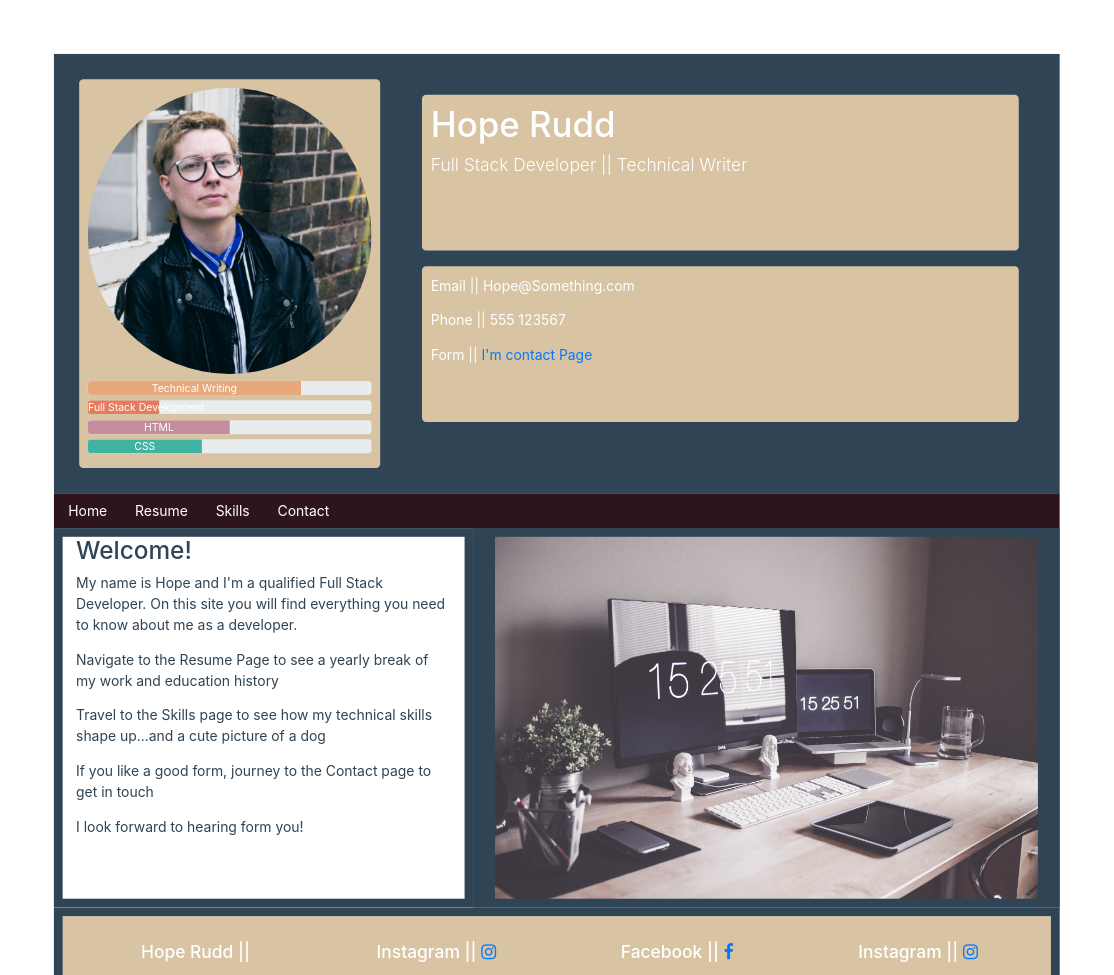
Repository: BleakTerrain/MilestoneProject-
Page: index.html
The author's editor kept a record of every edit. The page is drawn from the files as they stood at one moment, then again after the next edit.
The browser window is 1280 px wide. The pictures show the whole page, at 87% of full size.
Some web libraries are served in a nearby version.

Above is the page before.

### index.html
<html>

<head>
  <!-- Copied from UCB Resume code institue project -->

  <meta charset="UTF-8">
  <meta name="viewport" content="width=device-width, initial-scale=1.0">
  <meta http-equiv="X-UA-Compatible" content="ie=edge">
  <link rel="stylesheet" href="https://maxcdn.bootstrapcdn.com/bootstrap/4.2.1/css/bootstrap.min.css" type="text/css" />
  <link rel="stylesheet" href="https://maxcdn.bootstrapcdn.com/font-awesome/4.7.0/css/font-awesome.min.css" type="text/css" />
  <link rel="stylesheet" href="https://cdnjs.cloudflare.com/ajax/libs/hover.css/2.3.1/css/hover-min.css" type="text/css" />
  <link rel="stylesheet" href="assets/CSS/stylesheet.css" type="text/css" />
  <!-- Copied initial links end -->

  <title> Personal Portfolio</title>
</head>
<header>



</header>

<body>
<div class="intro-container">

 <!-------------------------Intro cards Started----------------------->
      <div class="row">
        <div class= "col-sm-4">
            <section class="jumbotron introtron">
          <img class="intro-image " src="BackgroundCodeInstitute.jpg" alt="Image not found">
           <div class="progress">
                <div class="progress-bar tech-writing " role="progressbar" aria-valuenow="40"
  aria-valuemin="0" aria-valuemax="100" style="width:75%">
  Technical Writing
  </div>
           </div>
            <div class="progress">
                <div class="progress-bar full-stack " role="progressbar" aria-valuenow="40"
  aria-valuemin="0" aria-valuemax="100" style="width:25%">
  Full Stack Development
  </div>
           </div>
             <div class="progress">
                <div class="progress-bar html" role="progressbar" aria-valuenow="40"
  aria-valuemin="0" aria-valuemax="100" style="width:50%">
  HTML
  </div>
           </div>
                <div class="progress">
                <div class="progress-bar css" role="progressbar" aria-valuenow="40"
  aria-valuemin="0" aria-valuemax="100" style="width: 40%">
  CSS
  </div>
           </div>
               </div>

               <div class="col-sm-8">
                 <div class="jumbotron name-card">
                <h1>Hope Rudd</h1>
                 <p class="lead ">Full Stack Developer || Technical Writer </p>
                 </div>

                  <section class= "jumbotron contact-card">
           <div class="row">
             <div class="col-sm-12">
            <p class="contact-info"> Email || Hope@Something.com</p>
            <p class="contact-info"> Phone || 555 123567</p>
            <p class="contact-info"> Form || <a href ="#">I'm contact Page</a></p>
              </div>

</section>
        </section>
        </div>

      </div>
    </div>

</div>
<!-------------------------------Intro cards finished-------------------------------->
<!-------------------------------Nav bar started-------------------------------->
<!-- inspired by example at https://www.w3schools.com/bootstrap4/bootstrap_navs.asp -->
<ul class = " nav navbar-default">
            <li class="nav-item">
              <a class="nav-link" href="#">Home</a>
            </li>
            <li class="nav-item">
              <a class="nav-link" href="#">Resume</a>
            </li>
            <li class="nav-item">
              <a class="nav-link" href="#">Skills</a>
            </li>
            <li class="nav-item">
              <a class="nav-link" href="#">Contact</a>
            </li>
          </ul>
<!-------------------------------Nav bar finished-------------------------------->
<!-------------------------------Bulk text started------------------------------->
    <section class="main-text container-fluid">
<div class="row">
  <div class="col-sm-5 main-text-box">
      <h3>Welcome!</h3> <i class="fas fa-door-open"></i>
      <p> My name is Hope and I'm a qualified Full Stack Developer. On this site you will find everything you need to know about me as a developer.</p>
      <p>Navigate to the Resume Page to see a yearly break of my work and education history</p>
      <p>Travel to the Skills page to see how my technical skills shape up...and a cute picture of a dog </p>
      <p>If you like a good form, journey to the Contact page to get in touch</p>
      <p> I look forward to hearing form you!</p>
  </div>
  <div class="col-sm-7 other-image-background">
<img class="other-image" src="DeskImage.jpg" alt="Image not found">
  </div>
</div>
    </section>
    </body>
<!-------------------------------Bulk text finished------------------------------->



<footer class="footer container-fluid">
<div class="row">
<div class="col-sm-3 footer-item">
  <h5> Hope Rudd || </h5>
  </div>
  <div class="col-sm-3 footer-item">
      <h5>Instagram || <a href = "#"> <i class="fa fa-instagram aria-hidden=true"></i></a></h5>
  <span class = "sr-only">Instagram link</span>
  </div>
  <div class="col-sm-3 footer-item">
      <h5>Facebook || <a href = "#"> <i class="fa fa-facebook aria-hidden=true"></i></a></h5>
  <span class = "sr-only">Facebook</span>
  </div>
    <div class="col-sm-3 footer-item">
      <h5>Instagram || <a href = "#"> <i class="fa fa-instagram aria-hidden=true"></i></a></h5>
  <span class = "sr-only">Instagram link</span>
  </div>
</footer>

</html>

### assets/CSS/stylesheet.css

/* Main background taken from bootstraps basics project*/
/* General theme inspiration from : https://visme.co/blog/website-color-schemes/ */

body, html {
  height: 100%;
  margin: 2.5%;
}
/* -----------------------------------Intro bar---------------*/

.intro-container
{
padding:2.5%;
background-color: #2f4454;
}
.jumbotron
{
  margin:2.5%;
 padding: 10px;
 text-align: center;
  background-color: #D8C3A3;
  color:#fff;

}
.jumbotron-header
{
  font-size:500%;

}

.introtron
{
  margin:0;
min-height: 40%;
}

.intro-image {
  padding-bottom: 2.5%;
    width: 100%;
    background-position: center;
    background-repeat: no-repeat;
    transition: all .5s ease-in-out;
    -moz-transition: all .5s ease-in-out;
    -webkit-transition: all .5s ease-in-out;
  border-radius: 50%;
  display:inline-block;
}

.contact-card
{

  text-align: left;
  height:40%;
}
.name-card
{
  text-align:left;
  font-size: x-large;
  height:40%;
}
/*-----------------------------SkillsBar-------------------*/
.skill-bars
{
 width: 100%;
 border: solid 10px #41B3A3 ;
 padding: 2.5%;
}
.progress
{
  margin-bottom:2%;

}
.full-stack
{
  background-color: #E27D60;
}
.tech-writing
{
  background-color: #e8a87c;
}
.html
{
  background-color: #C38D9E;
}
.css
{
  background-color: #41B3A3;
}
/*----------------------------------Nav-----------------------*/
.nav
{

  text-align: center;
  background-color: #2E151B;

}
.nav-link
{
  color:#fff;
}
.nav-link:hover
{
  background-color:#eed2dc ;
  color:#2E151B;
}
.nav-item-resume
{
  background-color: #D8C3A3;
}
.nav-item-skills
{
  background-color: #D8C3A3;
}
.nav-item-contact
{
  background-color: #D8C3A3;
}
/*-----------------------------Main-Text-------------------*/
.main-text
{
  background-color: #2f4454;
}

.main-text-box
{
  border: solid 10px #2f4454;
  background-color: #fff;
  color: #2f4454;
}
.other-image-background
{
border: solid 10px #2f4454;
 margin:0;
}
.other-image {

width: 100%;
  display:block;

}

.resume-main-text
{
  background-color:#D8C3A3 ;
  border: solid 10px #2f4454;
  padding:2.5% ;
}

.resume-image
{
  margin-top: 2.5%;
    padding-bottom: 2.5%;
    width: 100%;
    background-repeat: no-repeat;

  display:inline-block;
}


/*-----------------------------Timeline-------------------*/
/*-- Influenced by http://www.prepbootstrap.com/bootstrap-template/timeline ---*/
.timeline {
  list-style: none;
  padding: 10px 0 10px;
  position: relative;
}
.timeline:before {
  top: 0;
  bottom: 0;
  position: absolute;
  content: " ";
  width: 3px;
  background-color:#fff ;
  left: 10px;
  margin-left:-2px;
}
.timeline-item {
  margin-bottom: 10px;
  position: relative;
}

.timeline-item:before
.timeline-item:after {
  content: " ";
  display: table;
}

 .timeline-panel {
   background-color:  #41B3A3;
   color:#fff;
  width: 90%;
  float: center;
  border: 1px solid #d4d4d4;
  border-radius: 10px;
  padding: 10px;
  position: relative;
  margin-left: 35px;
}
.timeline-panel:before {
  position: absolute;
  display: inline-block;
}
.timeline-panel:after {
  position: relative;
  display: inline-block;
}
 .timeline-badge {
  color: #fff;
  font-size: 30px;
  line-height: 25px;
  text-align: center;
  position: absolute;
  top: 16px;
  left: -7px;

}

/*------------------------------Footer---------------------*/
.footer
{ background-color: #D8C3A3;
color:#fff;
padding: 2.5%;
border: solid 10px #2f4454 ;
}
.footer-item
{
  text-align: center;
}
/*------------------------------MediaQueries-----------------*/

@media (max-width: 573)
{
  .name-card
{
height: 100%;
background-color: #E85a4f;
}


.contact-card
{
height: 100%;
background-color: #E98074;
}
}
.other-image
{
  height:100%;

}

After the next edit:
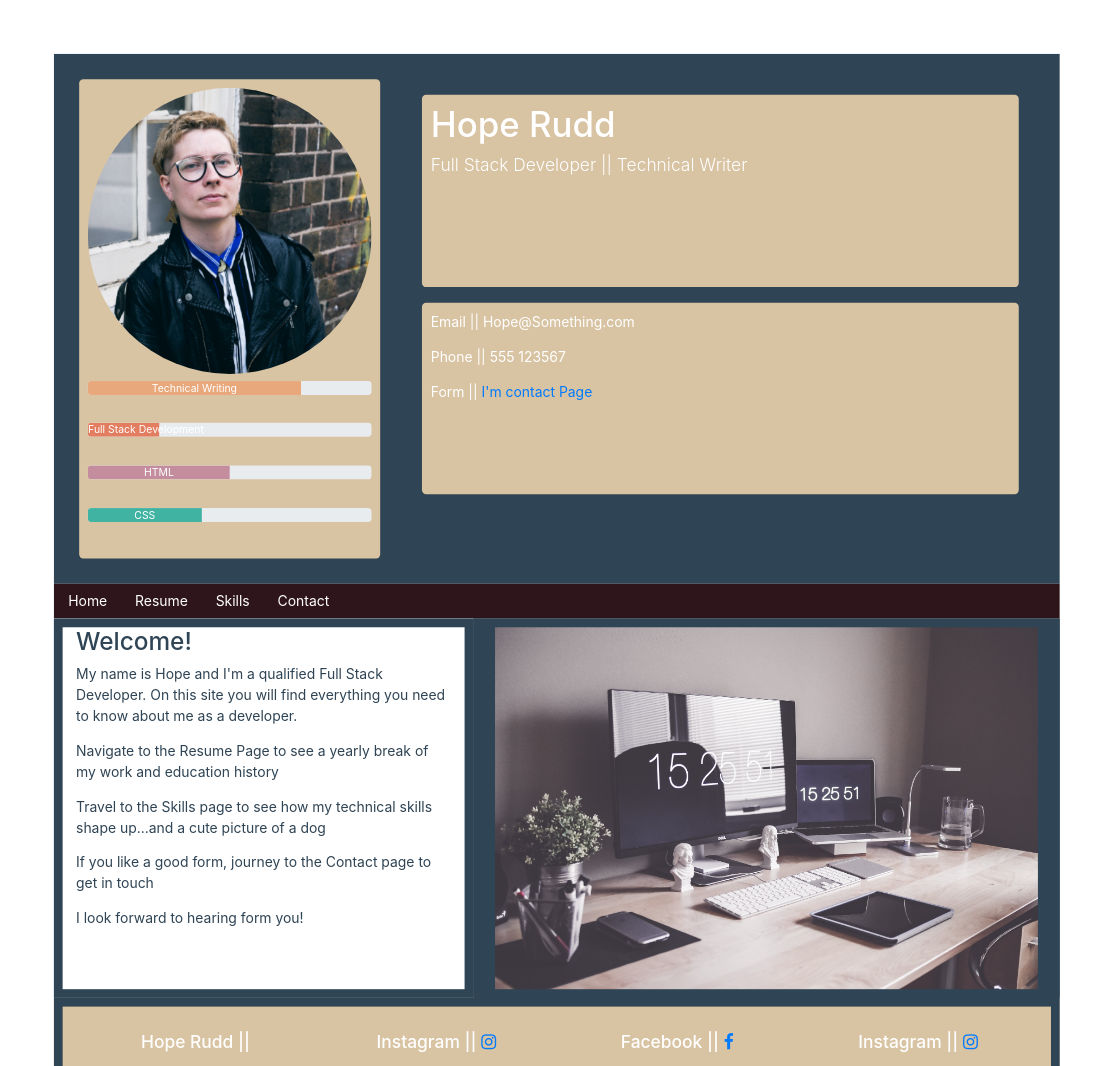
The edit:
--- a/assets/CSS/stylesheet.css
+++ b/assets/CSS/stylesheet.css
@@ -67,8 +67,7 @@
 }
 .progress
 {
-  margin-bottom:2%;
-
+  margin-bottom:10%;
 }
 .full-stack
 {
